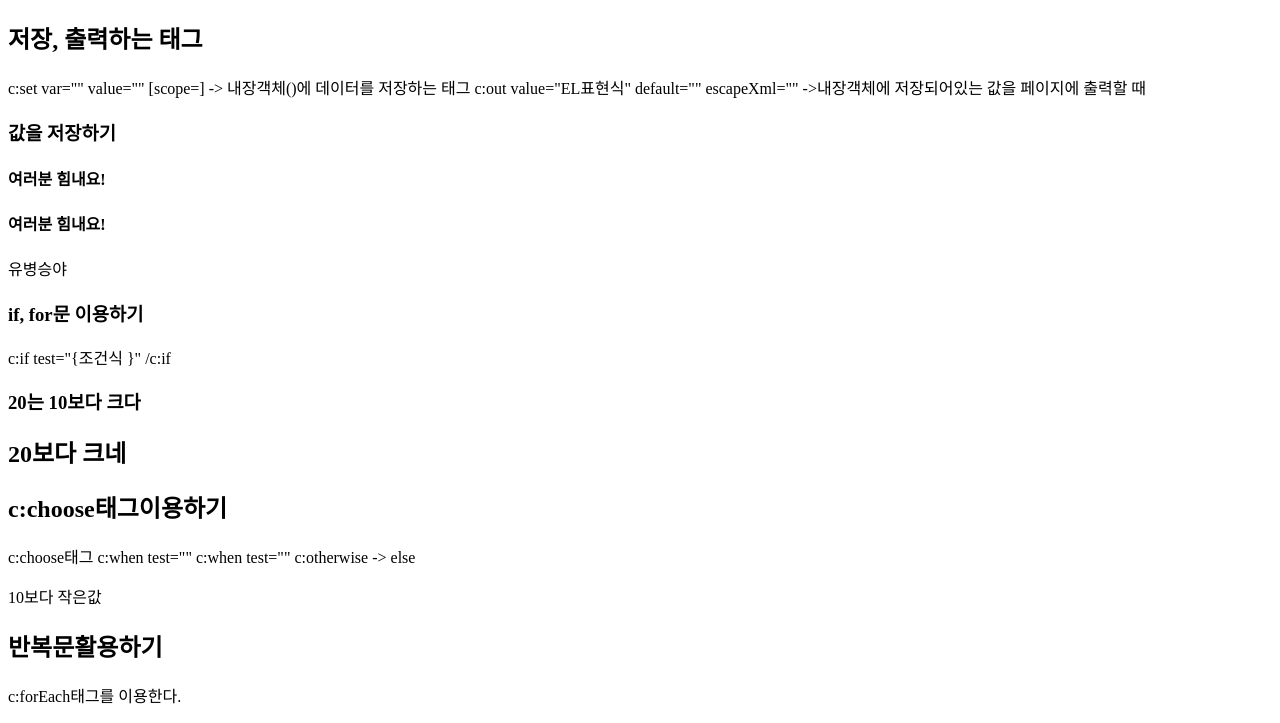
Repository: simjiho/week
Page: http://localhost/el_jstl/views/jstl/02_controltag.jsp
The author's editor kept a copy of each file at every save. The page is drawn from the files as they stood at one save, then again after the next save.
The browser window is 1280 px wide. The pictures show the whole page.
The page is served by Tomcat 9.

Above is the page before, as saved 2024-04-20 06:37:45.

After the next save:
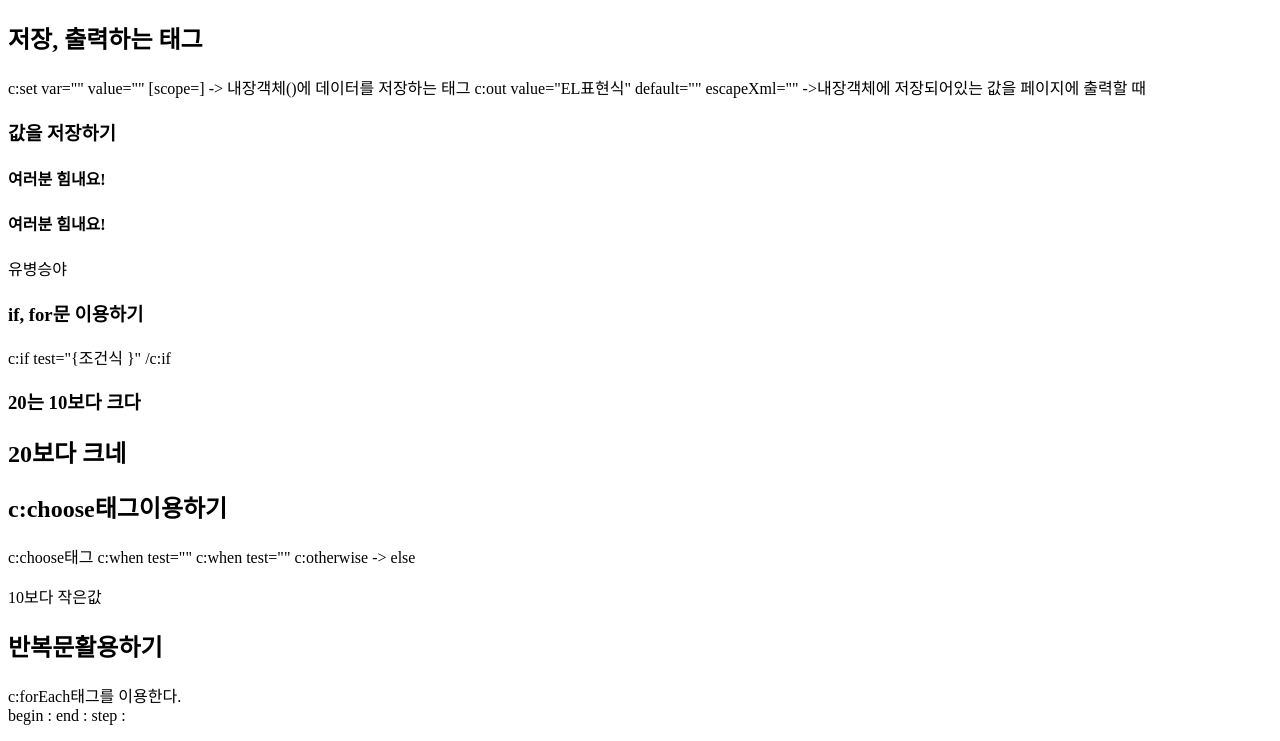
Saved 94 s later.
--- a/workspace/el_jstl/src/main/webapp/views/jstl/02_controltag.jsp
+++ b/workspace/el_jstl/src/main/webapp/views/jstl/02_controltag.jsp
@@ -71,6 +71,9 @@
 	<h2>반복문활용하기</h2>
 	<p>
 		c:forEach태그를 이용한다. <br>
+		begin :
+		end :
+		step :
 	</p>
 
 </body>
